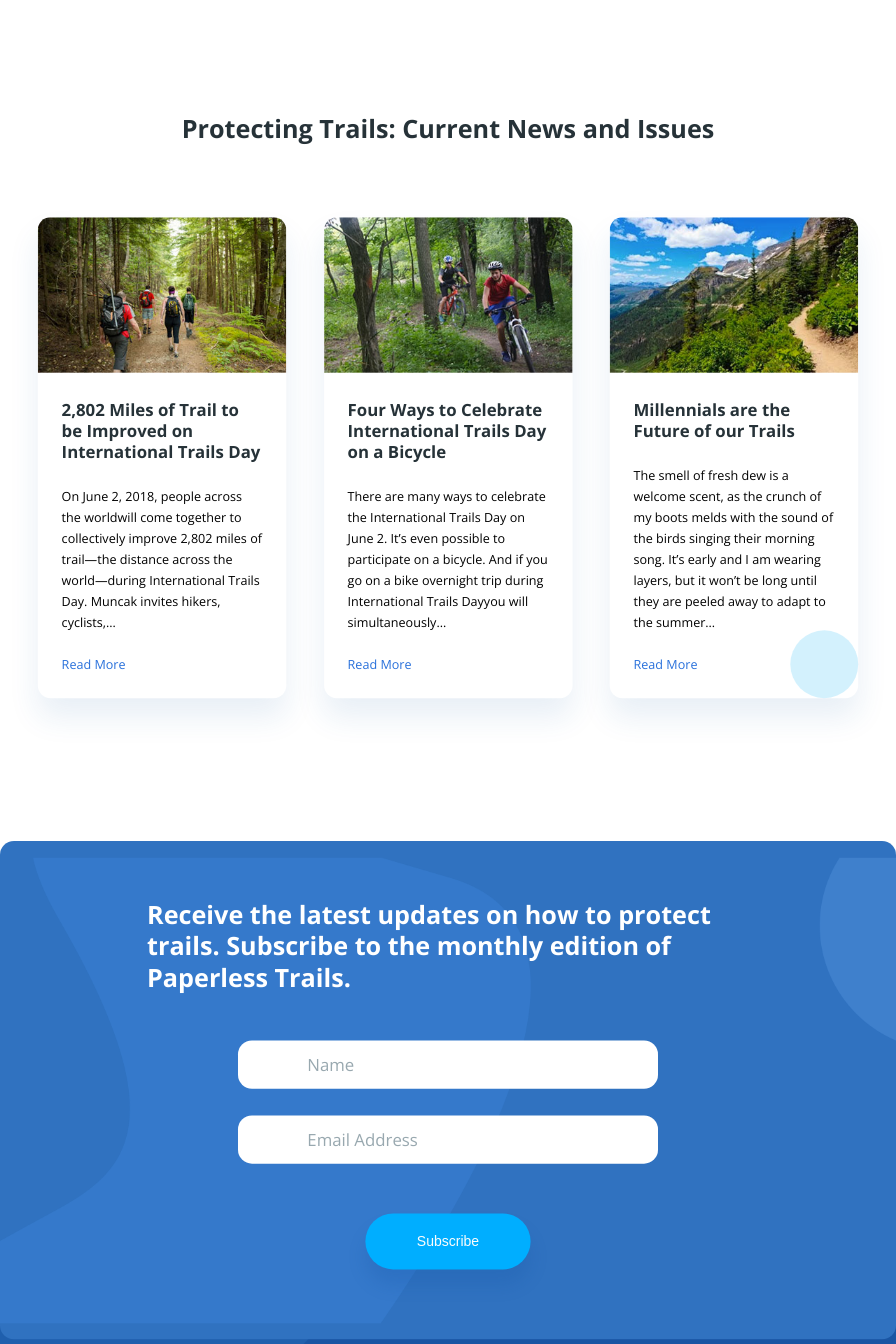
Repository: huubinh98/Project
Page: muncak/index.html
These files come from the project's save history. The page is drawn as it stood at one moment and after the next save; the edit follows.
The browser window is 1280 px wide. The pictures show the part of the page from y = 3308 to 5228 px (the page is 5824 px tall), at 70% of full size.

Above is the page before, as saved 2021-08-29 00:41:14.

### muncak/index.html
<!DOCTYPE html>
<html lang="en">

<head>
    <meta charset="UTF-8">
    <meta http-equiv="X-UA-Compatible" content="IE=edge">
    <meta name="viewport" content="width=device-width, initial-scale=1.0">
    <link rel="stylesheet" href="./style.css">
    <link rel="preconnect" href="https://fonts.googleapis.com">
    <link rel="preconnect" href="https://fonts.gstatic.com" crossorigin>
    <link href="https://fonts.googleapis.com/css2?family=Open+Sans:wght@300;400;600;700&display=swap" rel="stylesheet">
    <title>Muncak</title>
</head>

<body>
    <header class="header">
        <div class="container header-nav">
            <h1 class="logo"><a href="" class="logo-link"><img src="./image/Muncak.png" alt="" class="logo-img"></a>
            </h1>
            <ul class="nav-list">
                <li class="nav-item">
                    <a href="" class="nav-item-link">Home</a>
                </li>
                <li class="nav-item">
                    <a href="" class="nav-item-link">Go Hiking</a>
                </li>
                <li class="nav-item">
                    <a href="" class="nav-item-link">About</a>
                </li>
                <li class="nav-item">
                    <a href="" class="nav-item-link nav-highlight">Login</a>
                </li>
            </ul>
        </div>
        <div class="container-small">
            <h1 class="heading-banner">Lets get the top of Moutain</h1>
            <p class="heading-desc">Here is the hiking information you need to decide
                if it is right for you, and to make it more interesting,
                enjoyable, and safe.</p>
            <a href="#" class="btn c"> Get Started</a>
        </div>
    </header>
    <section class="about">
        <div class="container-small about-wrap">
            <h2 class="heading-name hearding-name-about">We envision a world where everyone
                has permanent access to a hiking trail</h2>
            <div class="about-item">
                <img src="./image/loa.png" alt="loa" class="about-img">
                <div class="about-content">
                    <h4 class="about-content-heading">Advocate</h4>
                    <p class="about-content-desc">We work with Congress, Federal agencies, and partners on policy issues
                        and legislation to ensure funding for trails, preservation of natural areas, and protection of
                        the hiking experience.</p>
                </div>
            </div>
            <div class="about-item">
                <img src="./image/bantay.png" alt="loa" class="about-img">
                <div class="about-content">
                    <h4 class="about-content-heading">Volunteer </h4>
                    <p class="about-content-desc">Trails don't maintain themselves. Individuals of any age and
                        experience level can become trail stewards. Give back to the trails you love, meet new people,
                        and enjoy the experience!</p>
                </div>
            </div>
            <div class="about-item">
                <img src="./image/nui.png" alt="loa" class="about-img">
                <div class="about-content">
                    <h4 class="about-content-heading">Explore</h4>
                    <p class="about-content-desc">Feel confident when you set out on your next trail adventure. Check
                        out our free hiking resources like tips for hiking with families, gear checklists, finding the
                        best trail for you.</p>
                </div>
            </div>
            <a href="" class="btn btn-about">Lean more</a>
        </div>
        <div class="container-small about-customer">
            <h2 class="heading-name">With the support of our members, and partners, we've improved trail access for
                millions of people</h2>
            <div class="customer-content">
                <p class="customer-text">We’ve Mobilized <span>558,768</span> Trail Volunteers</p>
                <p class="customer-text">We’ve Facilitated <span>41,146</span>
                    Miles of Trail Maintenance & Construction</p>
                <p class="customer-text">Volunteers Have Contributed <span>$108 Milion</span> in Volunteer Labor</p>
            </div>
        </div>
    </section>

    <!-- -----------new--------------- -->
    <section class="new">
        <div class="container-small">
            <h2 class="heading-name">Protecting Trails: Current News and Issues</h2>
            <div class="new-content">
                <div class="new-item">
                    <a href="#" class="new-item-picture">
                        <img src="./image/pic1.jpg" alt="pic1" class="new-item-img">
                    </a>
                    <div class="new-item-text">
                        <h3 class="new-item-name">2,802 Miles of Trail to be Improved on International Trails Day</h3>
                        <p class="new-item-desc">On June 2, 2018, people across the worldwill come together to
                            collectively improve 2,802 miles of trail—the distance across the world—during International
                            Trails Day. Muncak invites hikers, cyclists,…</p>
                        <a href="#" class="new-item-link">Read More</a>
                    </div>
                </div>
                <div class="new-item">
                    <a href="#" class="new-item-picture">
                        <img src="./image/pic2.jpg" alt="pic1" class="new-item-img">
                    </a>
                    <div class="new-item-text">
                        <h3 class="new-item-name">Four Ways to Celebrate International Trails Day on a Bicycle</h3>
                        <p class="new-item-desc">There are many ways to celebrate the International Trails Day on June
                            2. It’s even possible to participate on a bicycle. And if you go on a bike overnight trip
                            during International Trails Dayyou will simultaneously…</p>
                        <a href="#" class="new-item-link">Read More</a>
                    </div>
                </div>
                <div class="new-item">
                    <a href="#" class="new-item-picture">
                        <img src="./image/pic3.jpg" alt="pic1" class="new-item-img">
                    </a>
                    <div class="new-item-text">
                        <h3 class="new-item-name">Millennials are the Future of our Trails</h3>
                        <p class="new-item-desc">The smell of fresh dew is a welcome scent, as the crunch of my boots
                            melds with the sound of the birds singing their morning song. It’s early and I am wearing
                            layers, but it won’t be long until they are peeled away to adapt to the summer…</p>
                        <a href="#" class="new-item-link">Read More</a>
                    </div>
                </div>
            </div>
        </div>
    </section>

    <div class="contact-footer">
        <div class="container form-contact">
            <h5 class="contact-heading">Receive the latest updates on how to protect trails.
                Subscribe to the monthly edition of Paperless Trails.</h5>
            <form action="">
                <div class="input-item">
                    <input type="text" placeholder=" " required name="Name" id="" class="form-input">
                    <label for="" class="label-input">Name</label>
                </div>
                <div class="input-item">
                    <input type="text" placeholder=" " required name="Email" id="" class="form-input">
                    <label for="" class="label-input">Email Address</label>
                </div>
                <button type="submit" class="btn btn-contact">Subscribe</button>
            </form>
        </div>
        <footer class="footer container">
            <div class="footer-info">
                <div class="footer-item">
                    <h4 class="footer-item-name">Contact US</h4>
                    <p class="footer-item-desc footer-desc-width">Muncak hiking society
                        8605 Second Ave.
                        Silver Spring, MD 20910</p>
                    <p class="footer-item-desc footer-desc-width">
                        <span>Info@muncak.org</span>
                        <span>1-301-565-6704 (Main)</span>
                        <span>1-800-972-8608 (Toll-free)</span>
                    </p>
                </div>
                <div class="footer-item">
                    <h4 class="footer-item-name">About us</h4>
                    <ul class="footer-item-list">
                        <li class="footer-item-contact">
                            <a href="" class="footer-item-desc">Our Mission</a>
                        </li>
                        <li>
                            <a href="" class="footer-item-desc">Our Team</a>
                        </li>
                        <li>
                            <a href="" class="footer-item-desc">Corporate Sponsors</a>
                        </li>
                        <li>
                            <a href="" class="footer-item-desc">Financials</a>
                        </li>
                        <li>
                            <a href="" class="footer-item-desc">Media Center</a>
                        </li>
                    </ul>
                </div>
                <div class="footer-item">
                    <h4 class="footer-item-name">Our Programs</h4>
                    <ul>
                        <li>
                            <a href="" class="footer-item-desc">Hike The Hill</a>
                        </li>
                        <li>
                            <a href="" class="footer-item-desc">Volunteer Vacations</a>
                        </li>
                        <li>
                            <a href="" class="footer-item-desc">Alternative Break</a>
                        </li>
                    </ul>
                </div>
                <div class="footer-item">
                    <h4 class="footer-item-name">support trails</h4>
                    <ul>
                        <li>
                            <a href="" class="footer-item-desc">Donate</a>
                        </li>
                        <li>
                            <a href="" class="footer-item-desc">Individual Membership</a>
                        </li>
                        <li>
                            <a href="" class="footer-item-desc">Gift membership</a>
                        </li>
                        <li>
                            <a href="" class="footer-item-desc">Hiker Store</a>
                        </li>
                    </ul>
                </div>
                <div class="footer-item">
                    <h4 class="footer-item-name">hiking resources</h4>
                    <ul>
                        <li>
                            <a href="" class="footer-item-desc">Hikes Near You</a>
                        </li>
                        <li>
                            <a href="" class="footer-item-desc">Hiking 101</a>
                        </li>
                        <li>
                            <a href="" class="footer-item-desc">Muncak Blog</a>
                        </li>
                        <li>
                            <a href="" class="footer-item-desc">Hiking Organizations</a>
                        </li>
                    </ul>
                </div>
            </div>
            <ul class="socical">
                <li class="socical-item">
                    <a href="https://www.instagram.com/huubinh.cr/" class="socical-item-link">
                        <img src="./image/instar.png" alt="" class="socical-item-img">
                    </a>
                </li>
                <li class="socical-item">
                    <a href="https://www.facebook.com/huubinh01" class="socical-item-link">
                        <img src="./image/facebook.png" alt="" class="socical-item-img">
                    </a>
                </li>
                <li class="socical-item">
                    <a href="" class="socical-item-link">
                        <img src="./image/tiwer.png" alt="" class="socical-item-img">
                    </a>
                </li>
            </ul>
        </footer>
    </div>
</body>

</html>

### muncak/style.css
* {
    margin: 0;
    padding: 0;
    box-sizing: border-box;
}

html {
    font-size: 62.5%;
    line-height: 1.6rem;
    font-family: 'Open Sans', sans-serif;
    scroll-behavior: smooth;
}

ul, li {
    list-style: none;
}

a {
    text-decoration: none;
}

.container {
    max-width: 1404px;
    width: 100%;
    margin: 0 auto;
}

.container-small {
    max-width: 1172px;
    width: 100%;
    margin: 0 auto;
}

.btn {
    font-size: 2rem;
    line-height: 8rem;
    color: #fbfcfc;
    background-color: #2870db;
    border-radius: 40px;
    display: inline-block;
    padding: 0 66px;
    box-shadow: 0 22px 24px rgba(17, 83, 165, 0.21);
    transition: 0.25s ease;
}

.heading-name {
    font-size: 3.6rem;
    line-height: 5rem;
    text-align: center;
    margin: 0 auto;
    color: #263238;
    margin-bottom: 101px;
    max-width: 1000px;
}

.btn:hover {
    background-color: #1153a5;
}

/* ----------------------- */

.header {
    margin: 0 auto;
    max-width: 1900px;
    height: 1026px;
    background-color: white;
    background-image: url(./image/backgroudleft1.png), url(./image/Muncak-Landing-Page.png);
    background-position: left bottom, right top;
    background-repeat: no-repeat, no-repeat;
}

.header-nav {
    display: flex;
    justify-content: space-between;
    padding-top: 85px;
}

.logo{

}
.logo-link{

}
.logo-img{

}
.nav-list{

}
.nav-item{
    display: inline-block;
}
.nav-item-link{
    font-size: 1.8rem;
    font-weight: 400;
    line-height: 3.6rem;
    color: #fff;
    padding: 0 36px;
    display: inline-block;
}

.nav-highlight {
    background-color: #fff;
    color: #14215e;
    border-radius: 14px;
}

.heading-banner {
    font-size: 5rem;
    line-height: 6rem;
    color: #1c2056;
    margin-top: 144px;
    max-width: 400px;
}

.heading-desc {
    font-size: 1.8rem;
    line-height: 4rem;
    color: rgba(45, 32, 88, 0.65);
    max-width: 400px;
    margin-top: 43px;
    margin-bottom: 103px;
}

.btn-heading {
    margin-bottom: 310px;
}


/* -----------about---------------- */
.about {
    margin-top: 158px;
    margin-bottom: 98px;
    background-image: url(./image/backgroudleft2.png), url(./image/Muncak-Landing-Page2.png);
    background-repeat: no-repeat, no-repeat;
    background-position: left bottom, right center;
}

.about-wrap {
    margin-bottom: 105px;
}

.hearding-name-about {
    max-width: 700px;
}

.about-item {
    max-width: 549px;
}

.about-item:nth-child(2n + 1) {
    margin-left: auto;
    margin-top: -150px;
}

.about-item:nth-child(2n + 2) {
    margin-top: -109px;
}

.about-item:first-of-type {
    margin-top: 0;
}

.about-img {
    display: block;
    margin: 0 auto;
    margin-bottom: 63px;
}

.about-content {
    padding: 72px;
    border-radius: 18px;
    background-color: #fff;
    box-shadow: 0 27px 43px rgb(32 94 171 / 10%);
}

.about-content-heading {
    font-size: 2.4rem;
    line-height: 3.6rem;
    color: #263238;
    padding-bottom: 48px;
}

.about-content-desc {
    font-size: 1.8rem;
    line-height: 3.6rem;
    color: #546e7a;
}

.btn-about {
    float: right;
    margin-right: 163px;
    margin-top: -226px;
}

/* -----------customer-------------- */

.about-custumer {
    margin-top: 105px;
}

.customer-content {
    display: flex;
    justify-content: space-between;
}

.customer-text {
    text-align: center;
    font-size: 2.2rem;
    line-height: 2.3rem;
    color: #263238;
}

.customer-text span {
    font-size: 3.6rem;
    display: block;
    color: #1a56a3;
    font-weight: 700;
    line-height: 3.4rem;
    padding: 34px 0;
}

/* --------New-------------- */

.new {
    padding-top: 98px;
    padding-bottom: 102px;
}

.new-content {
    display: flex;
    justify-content: space-between;
    position: relative;
}

.new-content::after {
    content: "";
    position: absolute;
    bottom: 0;
    right: 0;
    width: 97px;
    height: 97px;
    border-radius: 50%;
    background-color: rgba(168, 227, 251, 0.5);
}

.new-item {
    border-radius: 18px;
    box-shadow: 0 27px 43px rgb(32 94 171 / 10%);
    max-width: 355px;
    overflow: hidden;
}

.new-item-img {
    height: 222px;
    object-fit: cover;
    width: 100%;
}

.new-item-text {
    padding: 34px;
}

.new-item-name {
    font-size: 2.4rem;
    line-height: 3rem;
    color: #263238;
    padding-bottom: 33px;
}

.new-item-desc {
    font-size: 1.8rem;
    line-height: 3rem;
    padding-bottom: 30px;
}

.new-item-link {
    font-size: 1.8rem;
    line-height: 3rem;
    color: #2870db;
}


/* -----------contact-footer------------ */
.contact-footer {
    padding-top: 102px;
    background: url(./image/backgroudfooter.png) no-repeat bottom;
}

.form-contact {
    padding: 82px 210px 100px;
    background-color: #3072c0;
    background-image: url(./image/backgroudcontact.png);
    background-repeat: no-repeat;
    background-position: left;
    border-radius: 20px;
}

.contact-heading {
    font-size: 3.6rem;
    line-height: 4.5rem;
    color: #fff;
    padding-bottom: 68px;
}

.input-item {
    position: relative;
}

.form-input {
    display: block;
    max-width: 600px;
    width: 100%;
    margin: 0 auto;
    height: 69px;
    outline: none;
    border: none;
    margin-bottom: 38px;
    border-radius: 20px;
    font-size: 2.4rem;
    line-height: 3.6rem;
    padding: 0 37px;
    color: rgba(84, 110, 122, 0.6);
}

.label-input {
    position: absolute;
    top: 50%;
    transform: translateY(-50%);
    left: 229px;
    font-size: 2.4rem;
    color: rgba(84, 110, 122, 0.6);
    line-height: 2.2rem;
    pointer-events: none;
    user-select: none;
    transition: 0.25s linear;
}

.form-input:not(:placeholder-shown) + .label-input,
.form-input:focus +.label-input {
    top: 0;
    border-radius: 10px;
    padding: 0 10px;
    background-color: #ffffff;
}

.btn-contact {
    height: 80px;
    padding: 0 74px;
    margin: 0 auto;
    display: block;
    line-height: 4rem;
    color: #fbfcfc;
    background-color: #00aeff;
    border: none;
    outline: none;
    border-radius: 40px;
    margin-top: 71px;
    cursor: pointer;
}

.btn-contact:hover {
    background-color: #00a3ef;
}

/* footer info */

.footer-info {
    display: flex;
    justify-content: space-between;
    margin-top: 97px;
}

.footer-item-name{
    font-size: 1.8rem;
    line-height: 3.6rem;
    color: #fff;
    font-weight: 600;
    padding-bottom: 44px;
    text-transform: uppercase;
}

.footer-item-contact {
    padding-bottom: 8px;
}

.footer-item-desc {
    font-size: 1.6rem;
    line-height: 4rem;
    color: #fff;
    padding-bottom: 4px;
}

.footer-item-desc.footer-desc-width {
    max-width: 200px;
    line-height: 3rem;
    padding-bottom: 37px;
}

.socical {
    padding-top: 36px;
    padding-bottom: 86px;
}

.socical-item {
    display: inline-block;
    margin-right: 9px;
}

.socical-item-link {
    display: flex;
    width: 47px;
    height: 47px;
    background-color: #fff;
    border-radius: 50%;
}
.socical-item-img {
    margin: auto;
}

After the next save:
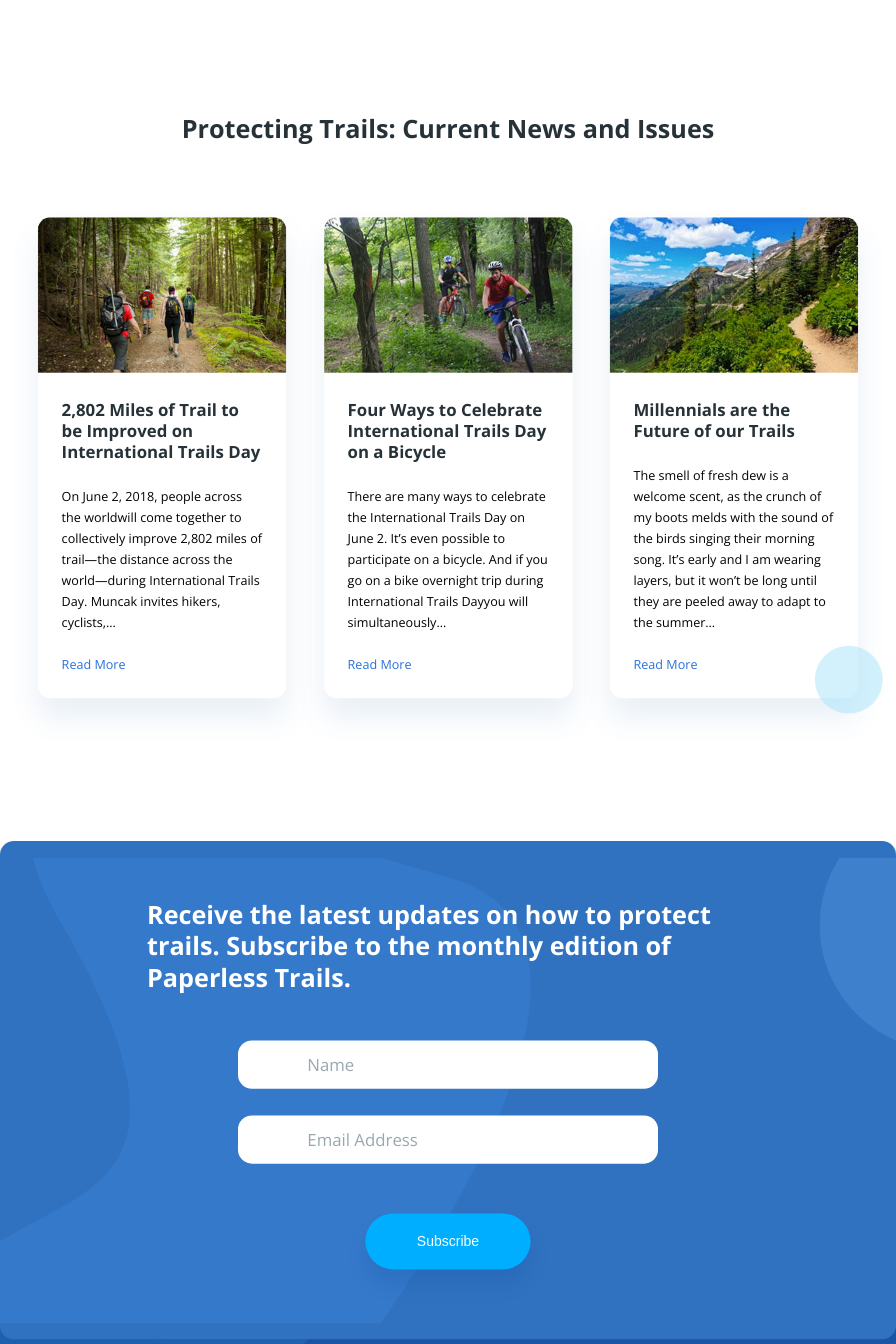
Saved 115 s later.
--- a/muncak/style.css
+++ b/muncak/style.css
@@ -236,8 +236,8 @@ a {
 .new-content::after {
     content: "";
     position: absolute;
-    bottom: 0;
-    right: 0;
+    bottom: -22px;
+    right: -35px;
     width: 97px;
     height: 97px;
     border-radius: 50%;
